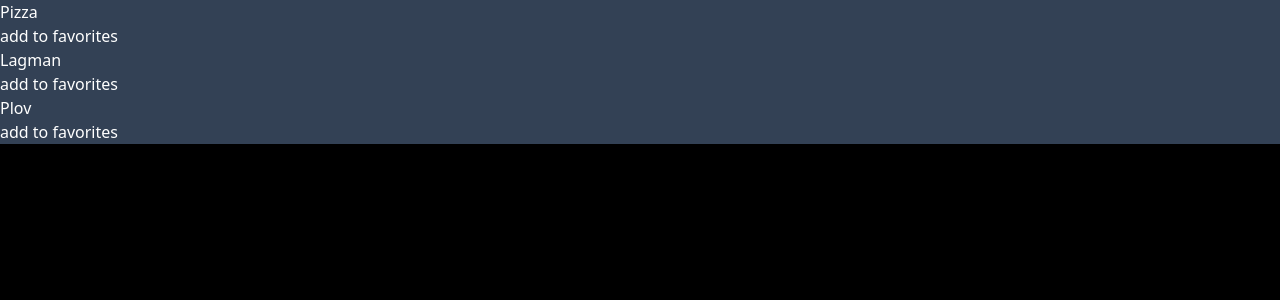
Repository: Nurlan-Bakenbaev/redux-tools
Page: /
These files come from the project's save history. The page is drawn as it stood at one moment and after a run of saves; the edit follows.
The browser window is 1280 px wide. The pictures show the whole page.
The project was rebuilt for these pictures with package versions that can differ from the ones it lists, and the page was loaded fresh each time. Also part of the build but not shown: vite.config.js.

Above is the page before, as saved 2023-10-22 22:13:32.

After the next 4 saves:
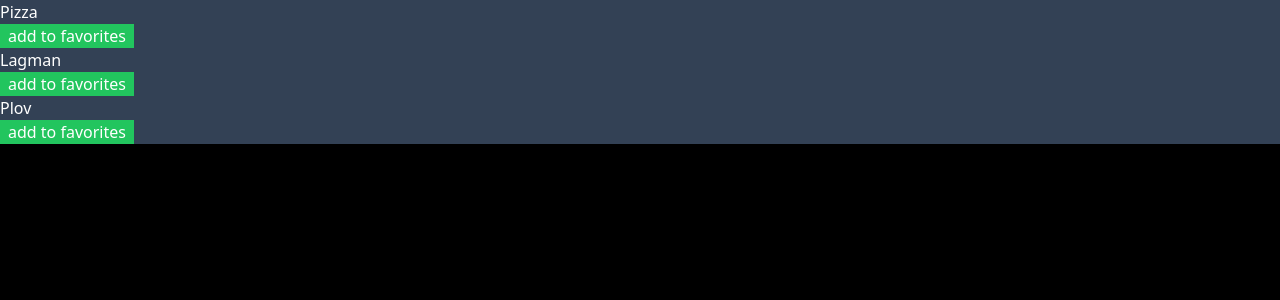
The 4 saves are shown as one change because they came seconds apart.
The last was saved 12 s later.
--- a/src/RicipeItem.jsx
+++ b/src/RicipeItem.jsx
@@ -4,7 +4,7 @@ const RicipeItem = ( {recipe }) => {
   return (
     <div className='bg-slate-700 '>
       <div>{recipe.name}</div>
-      <button className=''> add to favorites</button>
+      <button className='px-2 bg-green-500'> add to favorites</button>
     </div>
   );
 };
